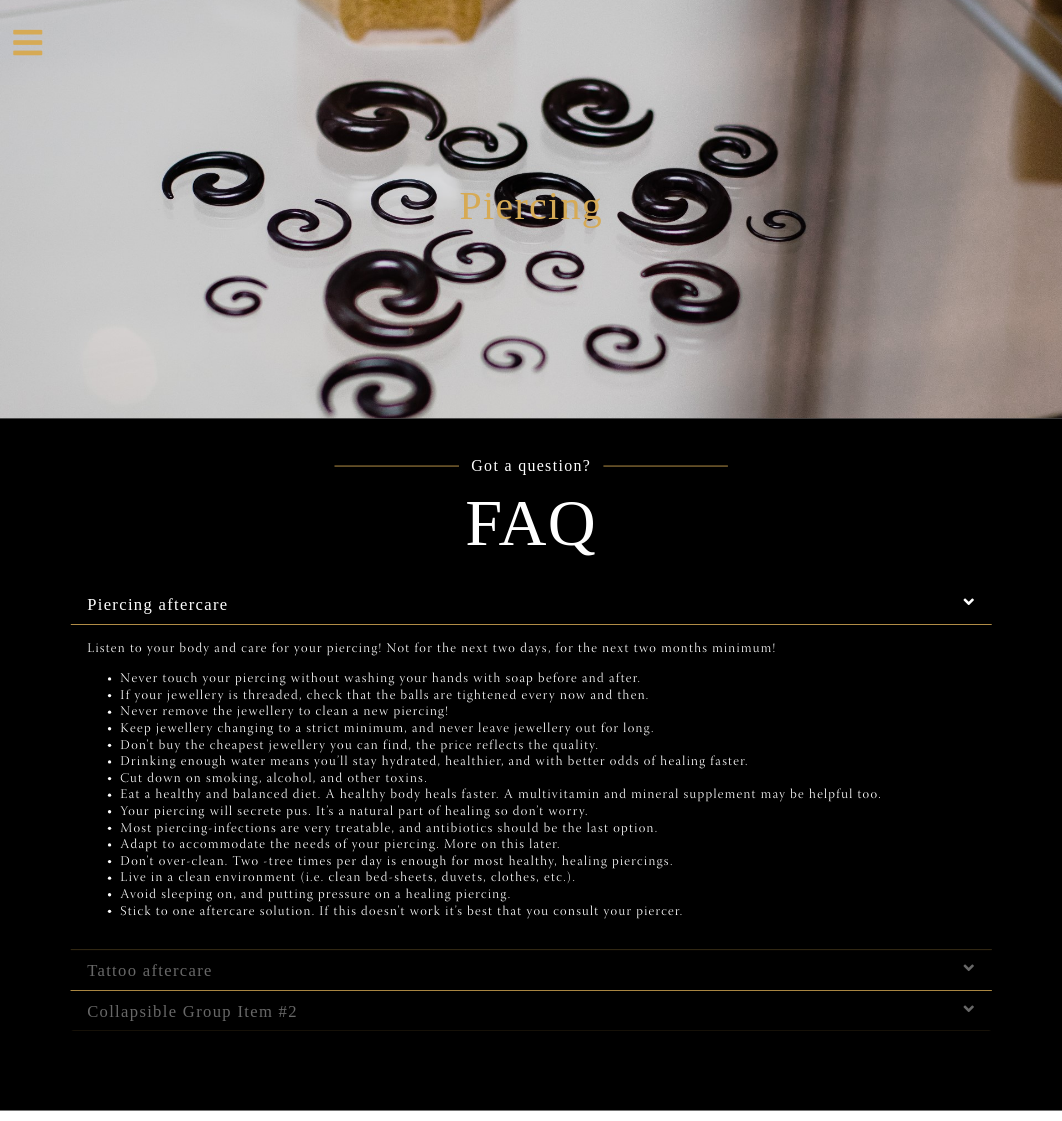
Repository: Spreceriany/TattooWeb
Page: piercing-en.html
The author's editor kept a copy of each file at every save. The page is drawn from the files as they stood at one save, then again after the next save.
The browser window is 1280 px wide. The pictures show the part of the page from y = 0 to 1350 px (the page is 3196 px tall before and 3364 px after), at 83% of full size.
A picture or video elsewhere on the page could not be fetched, so the positions and the page height are approximate. Some web fonts or font styles are not loaded; a fallback is used. Some web libraries are served in a nearby version.

Above is the page before, as saved 2020-04-27 18:05:34.
Console error: TypeError: e.indexOf is not a function

After the next save:
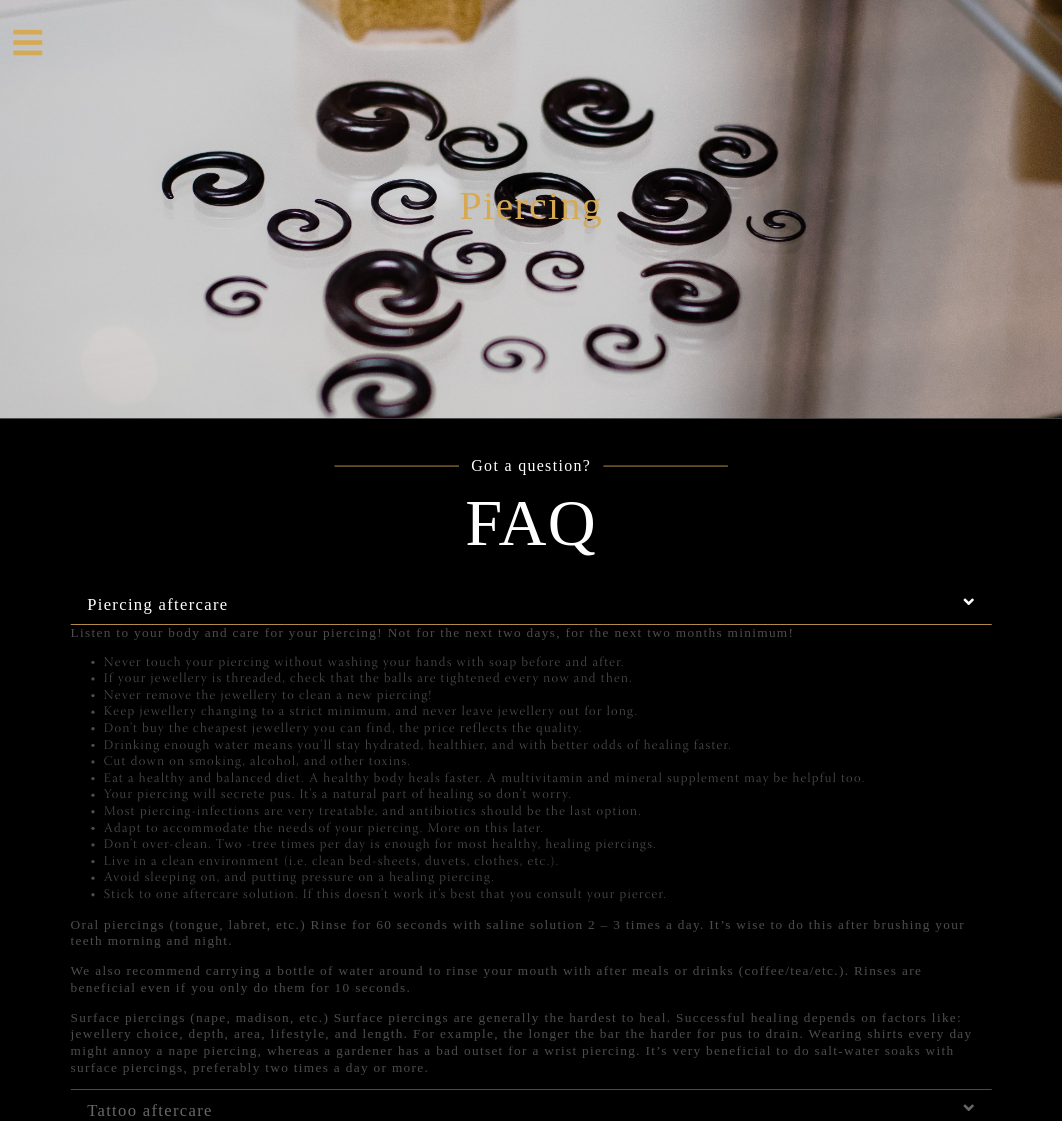
Saved 2 min 4 s later.
--- a/piercing-en.html
+++ b/piercing-en.html
@@ -98,7 +98,7 @@
             <!-- Card body -->
             <div id="collapseOne1" class="collapse show" role="tabpanel" aria-labelledby="headingOne1"
               data-parent="#accordionEx">
-              <div class="card-body">
+              <div class="card-body-piercing">
                 <p> Listen to your body and care for your piercing! Not for the next two days, for the next two months minimum!</p>
                 <ul>
                   <li>Never touch your piercing without washing your hands with soap before and after.</li>
@@ -117,6 +117,11 @@
                   <li>Avoid sleeping on, and putting pressure on a healing piercing.</li>
                   <li>Stick to one aftercare solution. If this doesn’t work it’s best that you consult your piercer.</li>
                 </ul>
+                <p>Oral piercings (tongue, labret, etc.)
+                  Rinse for 60 seconds with saline solution 2 – 3 times a day. It’s wise to do this after brushing your teeth morning and night.</p>
+                <p>We also recommend carrying a bottle of water around to rinse your mouth with after meals or drinks (coffee/tea/etc.). Rinses are beneficial even if you only do them for 10 seconds.</p>
+                <p>Surface piercings (nape, madison, etc.)
+                  Surface piercings are generally the hardest to heal. Successful healing depends on factors like: jewellery choice, depth, area, lifestyle, and length. For example, the longer the bar the harder for pus to drain. Wearing shirts every day might annoy a nape piercing, whereas a gardener has a bad outset for a wrist piercing. It’s very beneficial to do salt-water soaks with surface piercings, preferably two times a day or more.</p>
               </div>
             </div>
 
